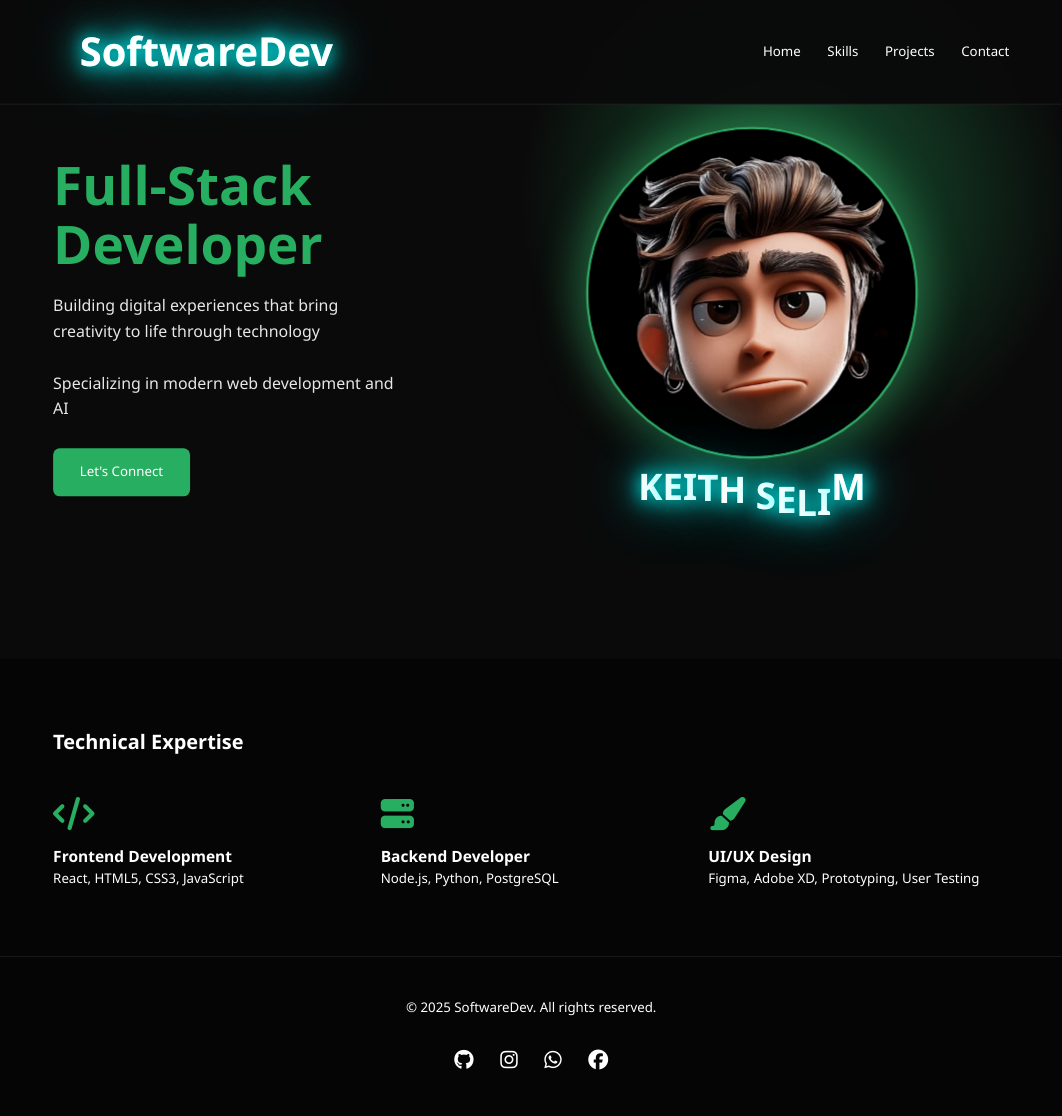
Repository: PEEZYBEE/my-react-portfolio
Page: /
The author's editor kept a copy of each file at every save. The page is drawn from the files as they stood at one save, then again after a run of saves.
The browser window is 1280 px wide. The pictures show the whole page, at 83% of full size.
The project was rebuilt for these pictures with package versions that can differ from the ones it lists, and the page was loaded fresh each time. Also part of the build but not shown: vite.config.js.

Above is the page before, as saved 2025-04-21 02:19:21.

### index.html
<!doctype html>
<html lang="en">
  <head>
    <meta charset="UTF-8" />
  <link rel="icon" type="image/svg+xml" href="favicon.svg" />
  <meta name="viewport" content="width=device-width, initial-scale=1.0" />
  <title>Keith Selim</title>

  <!-- ✅ Add this line below -->
  <link
    rel="stylesheet"
    href="https://cdnjs.cloudflare.com/ajax/libs/font-awesome/6.7.2/css/all.min.css"
    integrity="sha512-Evv84Mr4kqVGRNSgIGL/F/aIDqQb7xQ2vcrdIwxfjThSH8CSR7PBEakCr51Ck+w+/U6swU2Im1vVX0SVk9ABhg=="
    crossorigin="anonymous"
    referrerpolicy="no-referrer"
  />
</head>
  <body>
    <div id="root"></div>
    <script type="module" src="/src/main.jsx"></script>
  </body>
</html>

### src/index.css
:root {
  font-family: system-ui, Avenir, Helvetica, Arial, sans-serif;
  line-height: 1.5;
  font-weight: 400;

  color-scheme: light dark;
  color: rgba(255, 255, 255, 0.87);
  background-color: #242424;

  font-synthesis: none;
  text-rendering: optimizeLegibility;
  -webkit-font-smoothing: antialiased;
  -moz-osx-font-smoothing: grayscale;
}

a {
  font-weight: 500;
  color: #646cff;
  text-decoration: inherit;
}
a:hover {
  color: #535bf2;
}

body {
  margin: 0;


  min-width: 320px;
  min-height: 100vh;
}

h1 {
  font-size: 3.2em;
  line-height: 1.1;
}

button {
  border-radius: 8px;
  border: 1px solid transparent;
  padding: 0.6em 1.2em;
  font-size: 1em;
  font-weight: 500;
  font-family: inherit;
  background-color: #1a1a1a;
  cursor: pointer;
  transition: border-color 0.25s;
}
button:hover {
  border-color: #646cff;
}
button:focus,
button:focus-visible {
  outline: 4px auto -webkit-focus-ring-color;
}

@media (prefers-color-scheme: light) {
  :root {
    color: #213547;
    background-color: #ffffff;
  }
  a:hover {
    color: #747bff;
  }
  button {
    background-color: #f9f9f9;
  }
}

### src/App.jsx
import React from "react";
import Navbar from './components/Navbar';
import Hero from './components/Hero';

import Skills from './components/Skills';
import Footer from './components/Footer';
import './style.css';


function App() {
  return (
    <>
      <Navbar />
      <Hero />

      <Skills />
      <Footer />
    </>
  );
}

export default App;

### src/components/Navbar.jsx
import React from "react";

const Navbar = () => {
  return (
    <nav className="navbar">
      <a href="#home" className="logo">SoftwareDev</a>
      <ul className="nav-links">
        <li><a href="#home">Home</a></li>
        <li><a href="#skills">Skills</a></li>
        <li><a href="#projects">Projects</a></li>
        <li><a href="#contact">Contact</a></li>
      </ul>
    </nav>
  );
};

export default Navbar;

### src/components/Hero.jsx
import React from 'react';
import './Hero.css';
import profileImage from '../assets/profile.jpg';

const Hero = () => {
  return (
    <section id="home" className="hero">
      <div className="hero-content">
        <h1>Full-Stack Developer</h1>
        <p>Building digital experiences that bring creativity to life through technology</p>
        <p className="highlight">Specializing in modern web development and AI</p>
        <a href="#contact" className="cta-button">Let's Connect</a>
      </div>

      <div className="hero-image-container">
        <div className="profile-wrapper">
          <img src={profileImage} alt="Profile" className="profile-img" />
          <h2 className="bouncing-letters">
            <span>K</span>
            <span>E</span>
            <span>I</span>
            <span>T</span>
            <span>H</span>
            <span>&nbsp;</span>
            <span>S</span>
            <span>E</span>
            <span>L</span>
            <span>I</span>
            <span>M</span>
          </h2>
        </div>
      </div>
    </section>
  );
};

export default Hero;

### src/components/Skills.jsx
import React from "react";

const Skills = () => {
  return (
    <section id="skills" className="skills">
      <h2>Technical Expertise</h2>
      <div className="skills-grid">
        <div className="skill-card">
          <i className="fa-solid fa-code"></i>
          <h3>Frontend Development</h3>
          <p>React, HTML5, CSS3, JavaScript</p>
        </div>
        <div className="skill-card">
          <i className="fa-solid fa-server"></i>
          <h3>Backend Developer</h3>
          <p>Node.js, Python, PostgreSQL</p>
        </div>
        <div className="skill-card">
          <i className="fa-solid fa-paintbrush"></i>
          <h3>UI/UX Design</h3>
          <p>Figma, Adobe XD, Prototyping, User Testing</p>
        </div>
      </div>
    </section>
  );
};

export default Skills;

### src/components/Footer.jsx
import React from "react";

const Footer = () => {
  return (
    <footer>
      <p>&copy; 2025 SoftwareDev. All rights reserved.</p>
      <div className="social-links">
        <a href="#"><i className="fa-brands fa-github"></i></a>
        <a href="#"><i className="fa-brands fa-instagram"></i></a>
        <a href="#"><i className="fa-brands fa-whatsapp"></i></a>
        <a href="#"><i className="fa-brands fa-facebook"></i></a>
      </div>
    </footer>
  );
};

export default Footer;

### src/style.css


body{
    background-color: var(--dark-bg);
    color: var(--text);
    line-height: 1.6;
    overflow-x: hidden;
}


*{
  margin: 0;
  padding: 0;
  box-sizing: border-box;
  font-family: 'Segoe UI', sans-serif;
}
:root{
  --dark-bg: #0a0a0a;
  --darker-bg: #050505;
  --accent-glow: rgba(46, 204, 113, 0.4);
  --text: #ffffff;
}

.navbar{
  position: fixed;
  top: 0;
  width: 100%;
  padding: 1.5rem 5%;
  display: flex;
  justify-content: space-between;
  align-items: center;
  background:  rgba(10, 10, 10, 0.95);
  backdrop-filter: blur(10px);
  z-index: 1000;
  border-bottom: 1px solid rgba(255, 255, 255, 0.1);
}

.logo{
  font-size: 3rem;
  font-weight: 700;
  color: white;
  text-shadow: 0px 0px 0px cyan,
               0px 0px 20px cyan,
               0px 0px 40px cyan,
               0px 0px 80px cyan;
  /*color: var(--accent-glow);*/
  text-decoration: none;
  position: relative;
  padding-left: 2rem;
}

.nav-links{
  display: flex;
  gap: 2rem;
  list-style: none;
}

.nav-links a {
  color: var(--text);
  text-decoration: none;
  font-weight: 500;
  transition: all 0.3s ease;
  position: relative;
}

.nav-links a::after {
  content: '';
  position: absolute;
  bottom:  -5px;
  left: 0;
  width: 0;
  height: 2px;
  background: var(--accent-glow);
  transition: width 0.3s ease;
}

.nav-links a:hover::after {
   width: 100%;
}

.hero {
  min-height: 100vh;
  display: flex;
  align-items: center;
  padding: 12% 5%;
  background: radial-gradient(circle at 75% 30%,var(--accent-glow) 0%,transparent 30%);
}

.hero-content {
    flex: 1;
    padding-right: 5rem;
}

.hero-image {
    flex: 1;
    text-align: center;
    position: relative;
}

.profile-img {
    width: 400px;
    height: 400px;
    border-radius: 50%;
    object-fit: cover;
    border: 3px solid ,#27ae60;
    box-shadow: 0 0 50px 10px var(--accent-glow);
    animation: float 3s ease-in-out infinite;
    filter: grayscale(0.2) contrast(1.1);
}

@keyframes float {
    0%, 100%{ transform: translateY(0);}
    50% { transform: translateY(-20px);}
}

.hero h1 {
    font-size: 4rem;
    margin-bottom: 1.5rem;
    color: #27ae60;
    -webkit-background-clip: text;
    /*-webkit-text-fill-color: transparent;*/
    z-index: 10;
}

.hero p {
  font-size: 1.2rem;
  margin-bottom: 2rem;
  opacity: 0.9;
  max-width: 600px;
}

.cta-button {
  display: inline-block;
  padding: 1rem 2rem;
  background:  #27ae60;
  color: white;
  border-radius: 8px;
  text-decoration: none;
  transition: all 0.3s ease;
  position: relative;
  overflow: hidden;
}

.skills {
    padding: 5rem 5%;
    background: var(--darker-bg);
}

.skills-grid {
    display: grid;
    grid-template-columns: repeat(auto-fit,minmax(250px, 1fr));
    gap: 2rem;
    margin-top: 3rem;
}


.skills-card {
    padding: 2rem;
    border-radius: 15px;
    background: rgba(255,255,255,0.05);
    transition: all 0,3s ease;
    border: 1px solid rgba(255,255,255,0.1);
    backdrop-filter: blur(5px);
}

.skill-card:hover {
    transform: translateY(-10px);
    border-color: #27ae60;
    box-shadow: 0 10px 30px var(--accent-glow);
}

.skill-card i {
    font-size: 2.5rem;
    color:  #27ae60;
    margin-bottom: 1rem;
}

footer {
    background: var(--darker-bg);
    padding: 3rem 5%;
    text-align: center;
    border-top: 1px solid rgba(255, 255, 255, 0.1);
    width: 100%; /* Ensure it takes full width */
    position: relative;
    box-sizing: border-box;

}

.social-links {
    margin-top: 2rem;
    display: flex;
    justify-content: center;
    gap: 2rem;
}

.social-links a {
    color: var(--text);
    font-size:  1.5rem;
    transition: all 0.3s ease;
}

.social-links a:hover {
    color: white;
    text-shadow: 0px 0px 0px cyan,
                 0px 0px 20px cyan,
                 0px 0px 40px cyan,
                 0px 0px 80px cyan;
    transform: translateY(-3px);
}

@media (max-width: 768px) {
    .hero {
        flex-direction: column;
        text-align: center;
        padding-top: 8rem;
    }
    .hero-content {
        padding-right: 0;
        margin-bottom: 3rem;
    }
    .profile-img {
        width: 280px;
        height: 280px;
    }
    .nav-links {
        display: none;
    }
    .logo {
        font-size: 1.5rem;
        padding-left: 2rem;
    }
}

### src/components/Hero.css
.hero {
    display: flex;
    justify-content: space-between;
    align-items: center;
    padding: 2rem;
    flex-wrap: wrap;
  }

  .hero-content {
    flex: 1;
    max-width: 500px;
  }

  .hero-image-container {
    flex: 1;
    display: flex;
    justify-content: center;
    align-items: center;
    margin-left: 2rem; /* Add margin to the left */
  }

  .profile-wrapper {
    display: flex;
    flex-direction: column;
    align-items: center;
  }

  .profile-img {
    width: 200px;
    height: 200px;
    object-fit: cover;
    border-radius: 50%;
    border: 3px solid #646cff;
    margin-bottom: 1rem;
  }

  .bouncing-letters span {
    display: inline-block;
    color: white;
    text-shadow: 0px 0px 0px cyan,
                 0px 0px 20px cyan,
                 0px 0px 40px cyan,
                 0px 0px 80px cyan;
    font-size: 44px;
    font-weight: bold;
    animation: bounce 0.8s ease infinite alternate;



    }

    @keyframes bounce {
        0% { transform: translateY(0) }
        100% { transform: translateY(-20px) }

    }

    .bouncing-letters span:nth-child(1)
    { animation-delay:  0.1s; }


    .bouncing-letters span:nth-child(2)
    { animation-delay:  0.2s; }


    .bouncing-letters span:nth-child(3)
    { animation-delay:  0.3s; }


    .bouncing-letters span:nth-child(4)
    { animation-delay:  0.4s; }


    .bouncing-letters span:nth-child(5)
    { animation-delay: 0.5s; }


    .bouncing-letters span:nth-child(6)
    { animation-delay:  0.6s; }

    .bouncing-letters span:nth-child(7)
    { animation-delay:  0.7s; }

    .bouncing-letters span:nth-child(8)
    { animation-delay:  0.8s; }

    .bouncing-letters span:nth-child(9)
    { animation-delay:  0.9s; }

    .bouncing-letters span:nth-child(10)
    { animation-delay:  1.0s; }
  @media (max-width: 768px) {
    .hero-image-container {
      margin-left: 0; /* Reset for small screens */
      justify-content: center;
    }
  }

Loaded but not shown: src/main.jsx (common file)

After the next 2 saves:
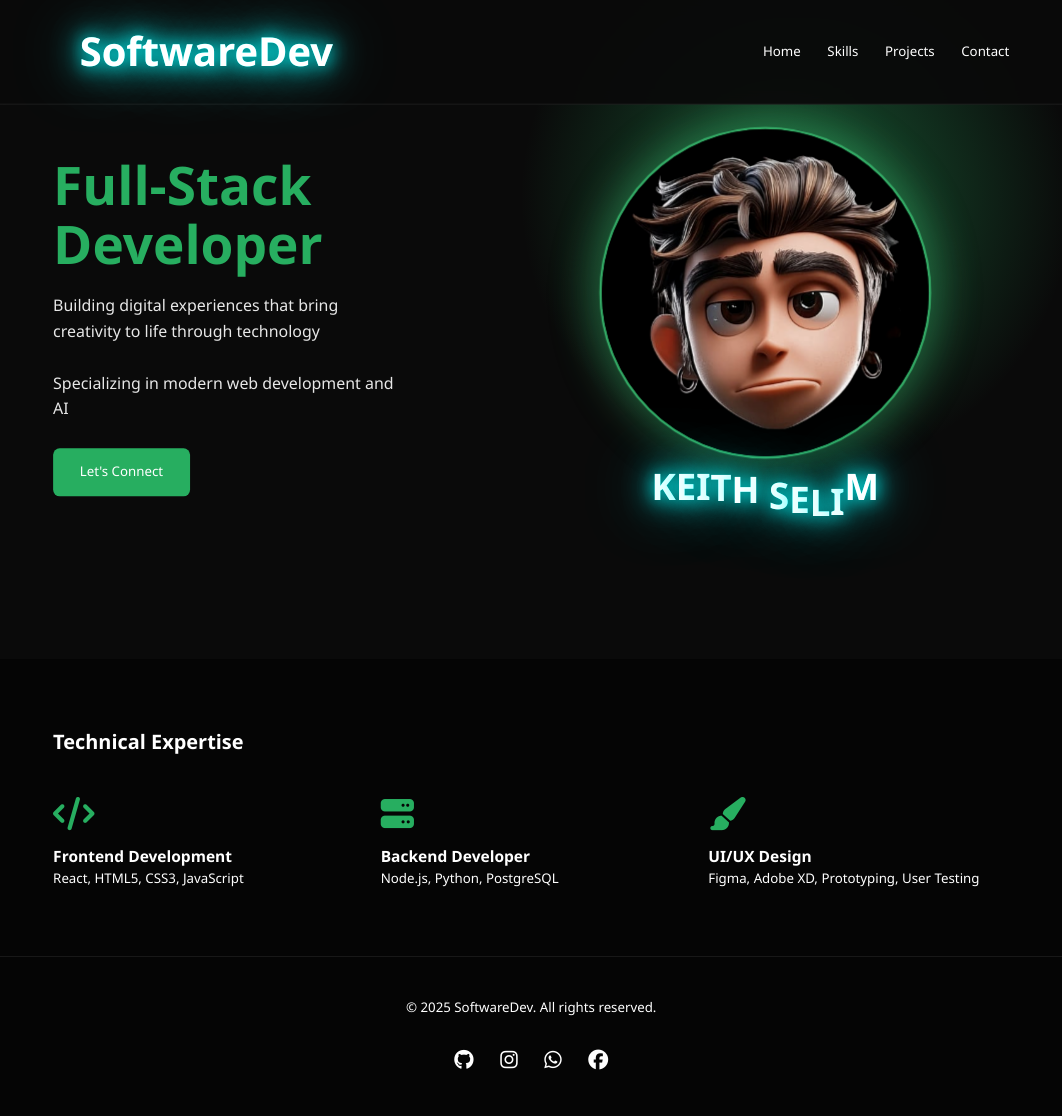
The 2 saves are shown as one change because they came seconds apart.
The last was saved 6 s later.
--- a/src/components/Hero.css
+++ b/src/components/Hero.css
@@ -16,7 +16,7 @@
     display: flex;
     justify-content: center;
     align-items: center;
-    margin-left: 2rem; /* Add margin to the left */
+    margin-left: 4rem; /* Add margin to the left */
   }
 
   .profile-wrapper {
